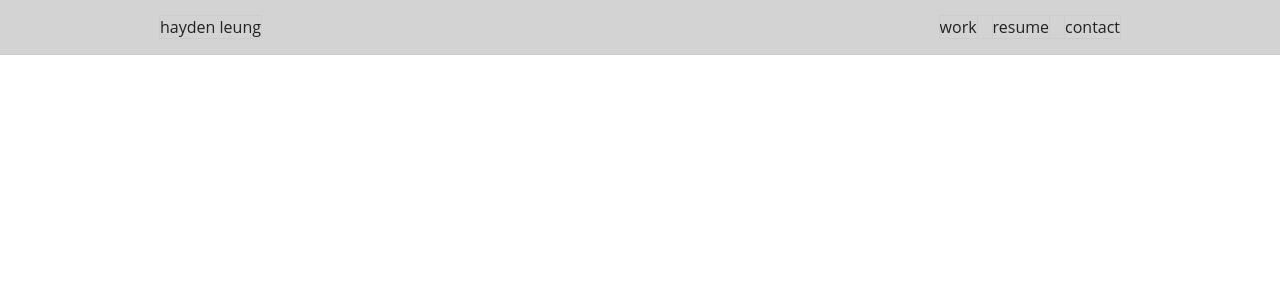
Repository: Haydenleung/Artifact
Page: /
The author's editor kept a copy of each file at every save. The page is drawn from the files as they stood at one save, then again after the next save.
The browser window is 1280 px wide. The pictures show the whole page.
The project was rebuilt for these pictures with package versions that can differ from the ones it lists, and the page was loaded fresh each time. The framework's server and built-in components were replaced by stand-ins that run in the browser. Also part of the build but not shown: next.config.mjs.

Above is the page before, as saved 2024-01-26 22:45:38.

After the next save:
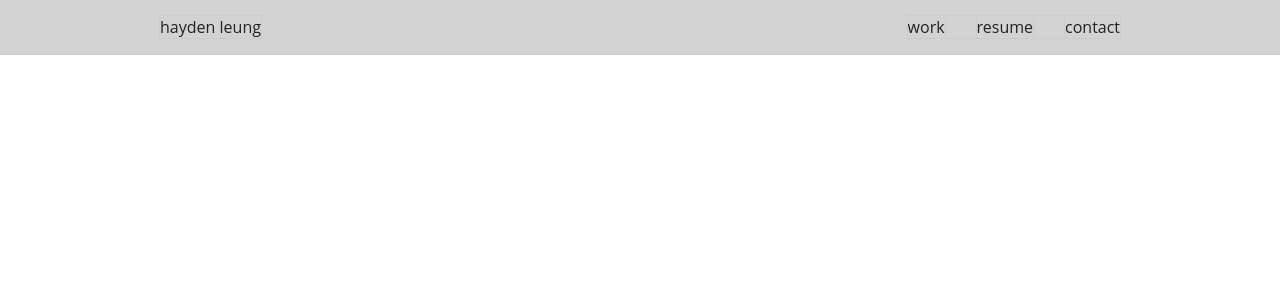
Saved 95 s later.
--- a/src/components/Navbar/navbar.module.css
+++ b/src/components/Navbar/navbar.module.css
@@ -14,5 +14,5 @@
 .pages {
     display: flex;
     flex-direction: row;
-    gap: 1rem;
+    gap: 2rem;
 }
